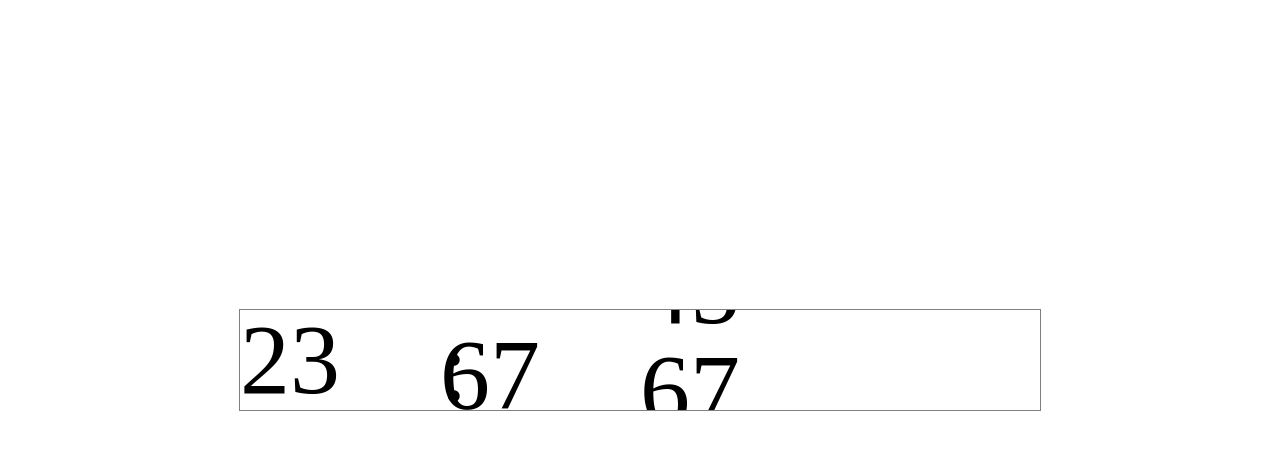
Repository: cbtpro/javascript
Page: src/animation-time/index.html
The author's editor kept a copy of each file at every save. The page is drawn from the files as they stood at one save, then again after the next save.
The browser window is 1280 px wide. The pictures show the whole page.

Above is the page before, as saved 2023-04-05 17:45:32.

After the next save:
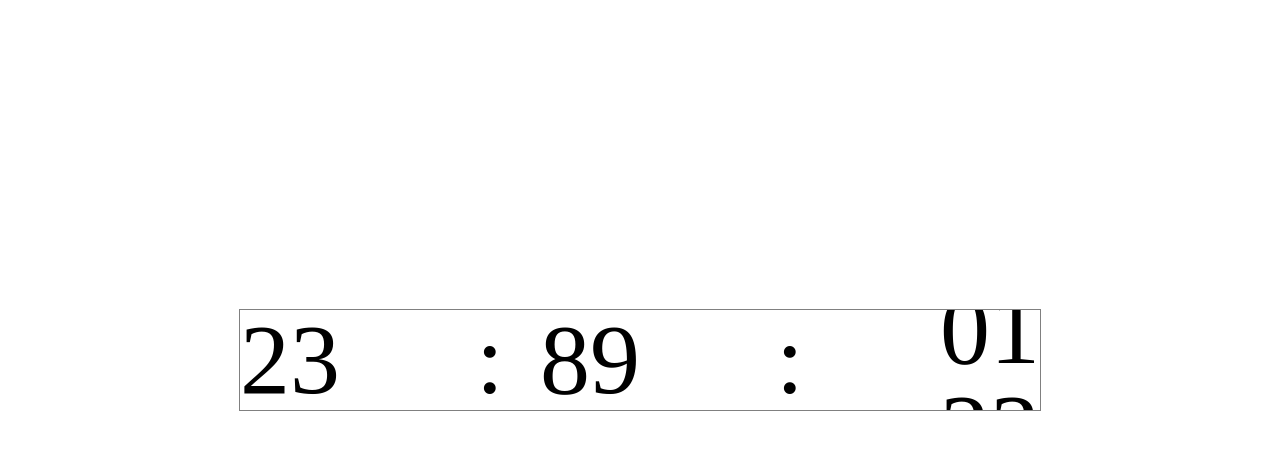
Saved 47 s later.
--- a/src/animation-time/index.html
+++ b/src/animation-time/index.html
@@ -26,7 +26,7 @@
       overflow: hidden;
     }
 
-    .time-block {
+    .time-split, .time-block {
       float: left;
       position: relative;
       width: 1em;
@@ -88,10 +88,10 @@
   <div class="container">
     <div class="time-block">0123456789</div>
     <div class="time-block">0123456789</div>
-    <div>:</div>
+    <div class="time-split">:</div>
     <div class="time-block">0123456789</div>
     <div class="time-block">0123456789</div>
-    <div>:</div>
+    <div class="time-split">:</div>
     <div class="time-block">0123456789</div>
     <div class="time-block">0123456789</div>
   </div>
